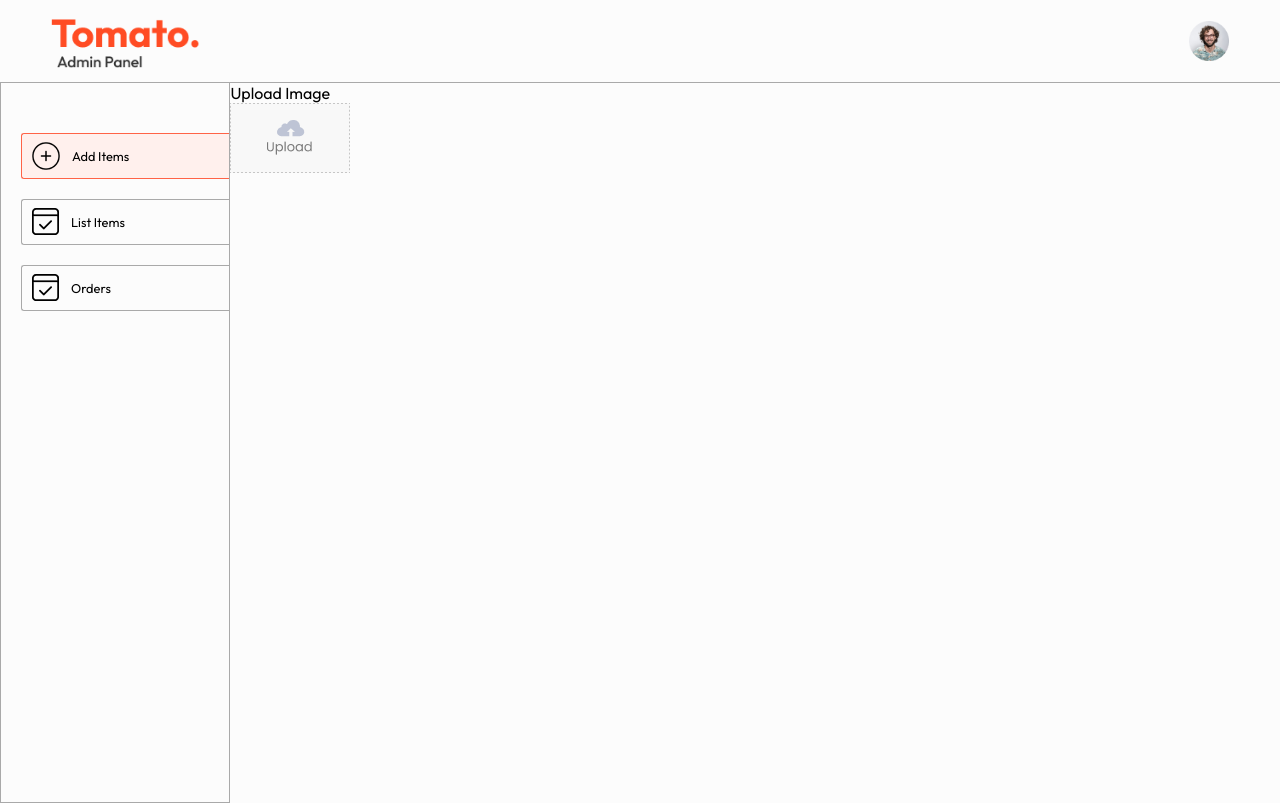
Repository: sodmaq/food-delivery
Page: /add (app in admin/)
The author's editor kept a copy of each file at every save. The page is drawn from the files as they stood at one save, then again after the next save.
The browser window is 1280 px wide. The pictures show the whole page.
The project was rebuilt for these pictures with package versions that can differ from the ones it lists, and the page was loaded fresh each time. Also part of the build but not shown: admin/vite.config.js, admin/src/pages/add/Add.css, admin/src/pages/orders/Orders.jsx. Imported but missing from the stored project, and not drawn on this page: admin/src/pages/list/List.

Above is the page before, as saved 2024-10-02 23:05:55.

After the next save:
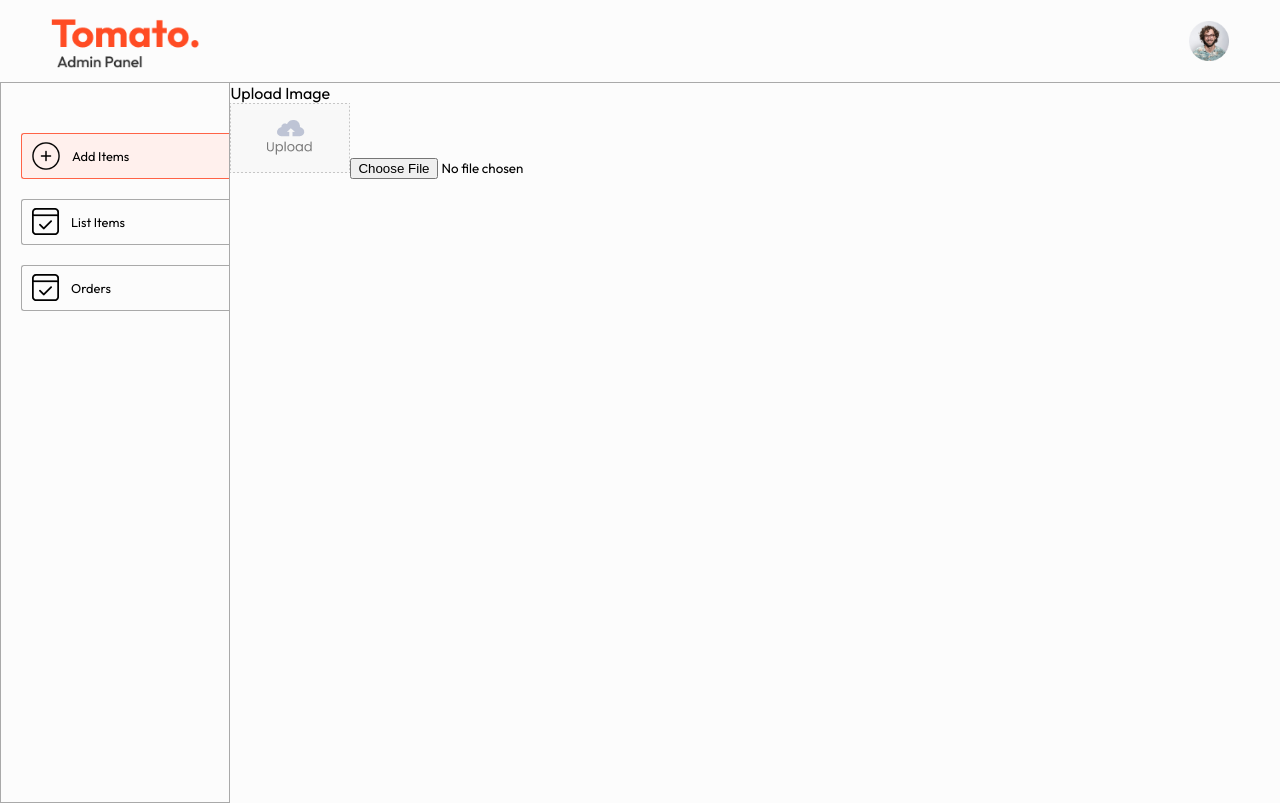
Saved 40 s later.
--- a/admin/src/pages/add/Add.jsx
+++ b/admin/src/pages/add/Add.jsx
@@ -10,6 +10,7 @@
           <label htmlFor="image">
             <img src={assets.upload_area} alt="" />
           </label>
+          <input type="file" id="image" />
         </div>
       </form>
     </div>

After the save that followed:
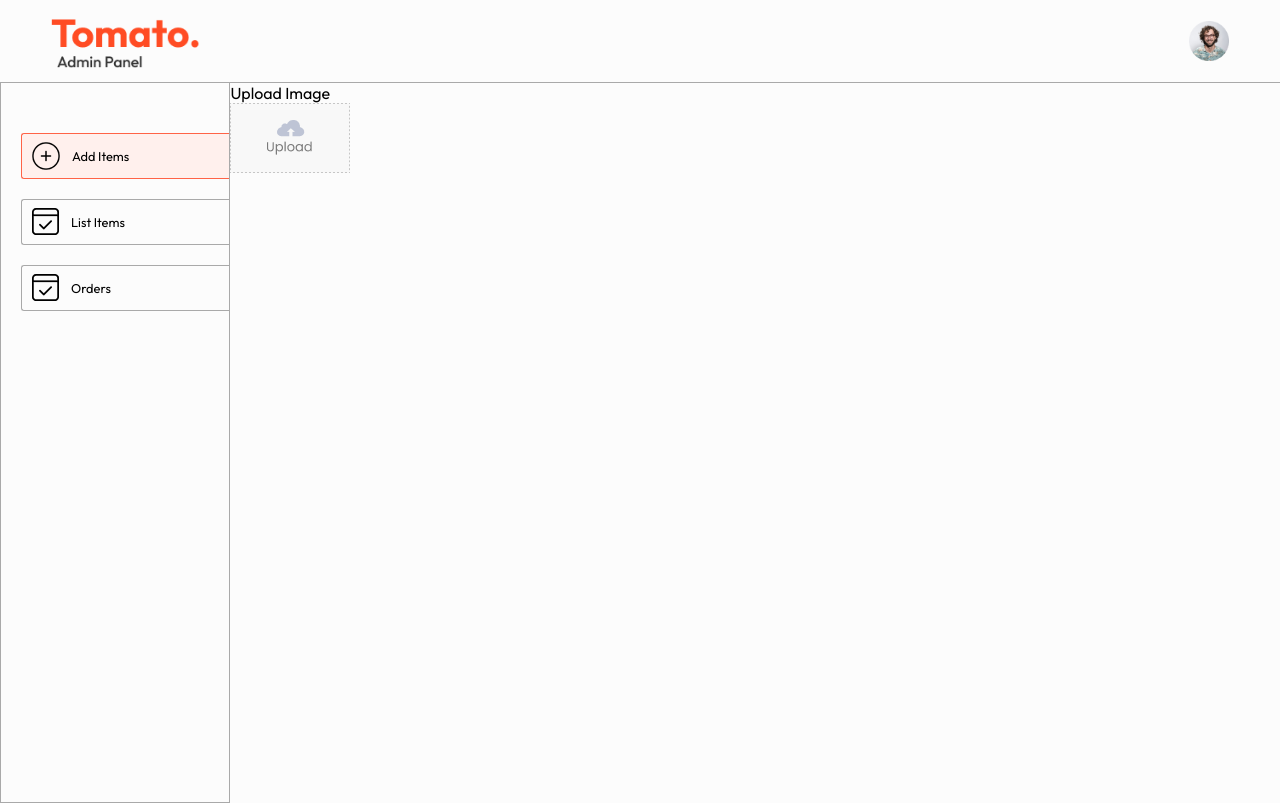
Saved 18 s later.
--- a/admin/src/pages/add/Add.jsx
+++ b/admin/src/pages/add/Add.jsx
@@ -10,7 +10,7 @@
           <label htmlFor="image">
             <img src={assets.upload_area} alt="" />
           </label>
-          <input type="file" id="image" />
+          <input type="file" id="image" hidden required />
         </div>
       </form>
     </div>
